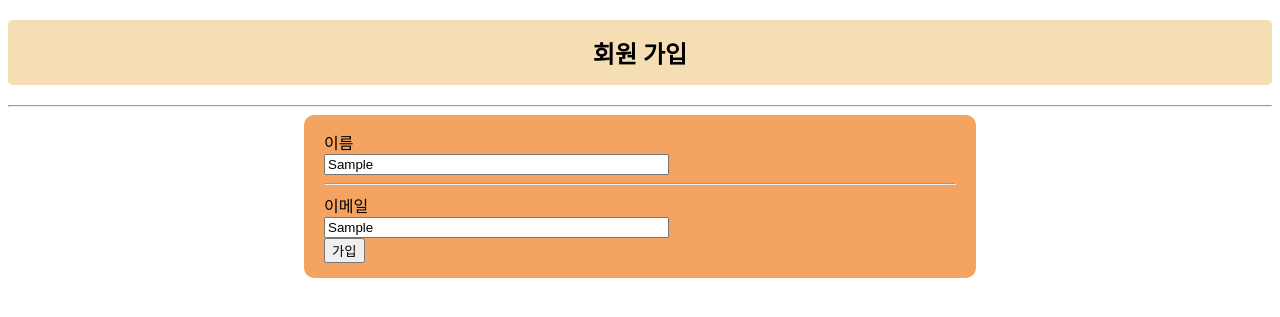
Repository: gold9387/jwbook
Page: jwbook/src/main/webapp/ch03/regform.html
An editor plug-in stored every save of this project. The page is shown before and after the next save, followed by the edit.
The browser window is 1280 px wide. The pictures show the whole page.
Empty fields were first filled with sample values (such as "Sample", 5 or name@example.com).
After loading, the first visible `button` was clicked once.

Above is the page before, as saved 2023-06-05 11:28:05.
Console error: ReferenceError: signUp is not defined

### jwbook/src/main/webapp/ch03/regform.html
<!DOCTYPE html>
<html>
<head>
<meta charset="UTF-8">
<title>회원 가입 폼 만들기 예제</title>
<style> /* CSS 정의 */
h2 {
	border-radius: 5px;
	background-color: wheat;
	text-align: center;
	padding: 15px 0;
}

#regform {
	padding: 15px 20px;
	border-radius: 10px;
	margin: auto;
	width: 50%;
	background-color: SandyBrown;
}
</style>
</head>
<body>
	<h2>회원 가입</h2>
	<hr />
	<div id="regform">
		<form name="form1">
			<label>이름</label><br /> <input type="text" name="name" size="40" /><br />
			<hr />
			<label>이메일</label><br /> <input type="text" name="email" size="40" /><br />
			<button type="button" onClick="signUp()">가입</button>
		</form>
	</div>
</body>
</html>

After the next save:
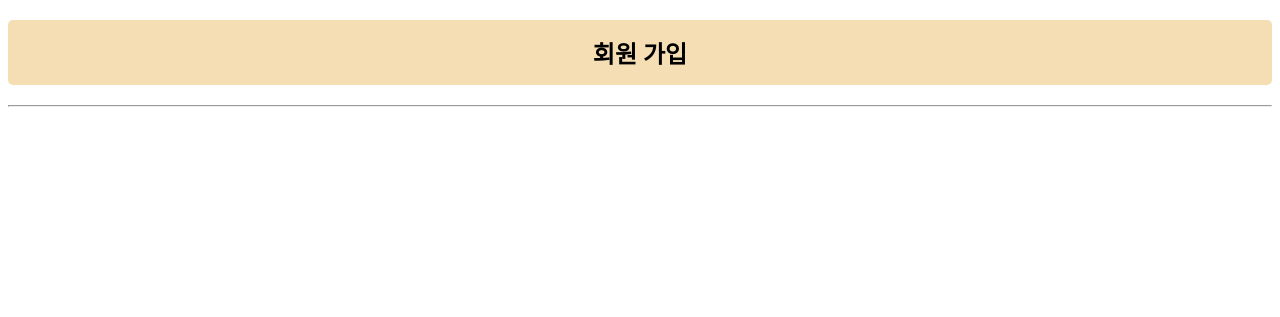
The error is gone.
Saved 97 s later.
--- a/jwbook/src/main/webapp/ch03/regform.html
+++ b/jwbook/src/main/webapp/ch03/regform.html
@@ -19,6 +19,12 @@ h2 {
 	background-color: SandyBrown;
 }
 </style>
+<script>
+	function signUp() {
+		alert("정말로 가입하시겠습까?");
+		document.getElementById("regform").style.display = "none";
+	}
+</script>
 </head>
 <body>
 	<h2>회원 가입</h2>
